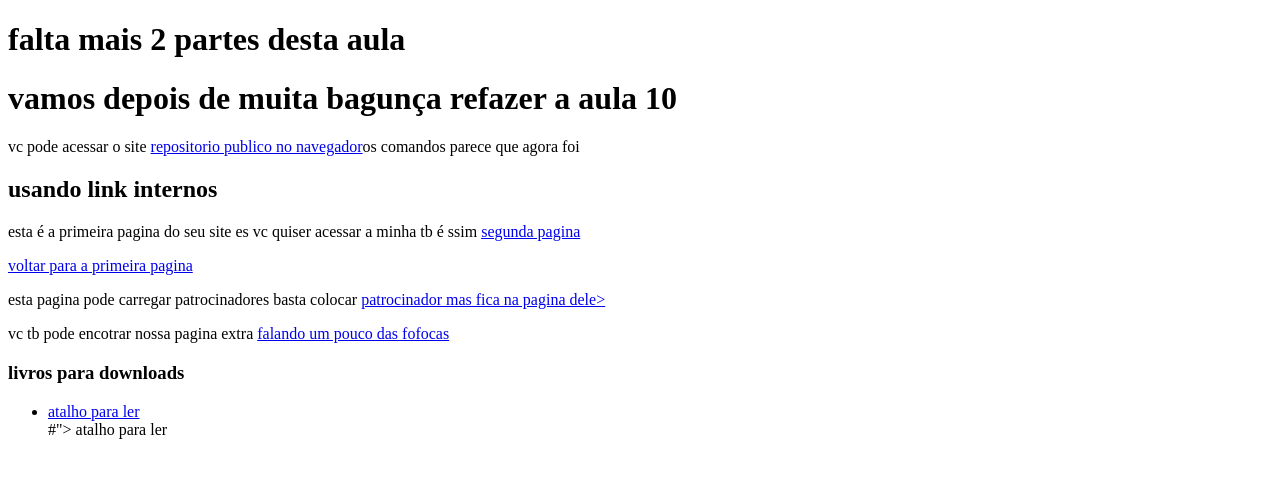
Repository: DorivalJunior14/exercicios
Page: aula10.html/pagoo2.html
An editor plug-in stored every save of this project. The page is shown before and after the next save, followed by the edit.
The browser window is 1280 px wide. The pictures show the whole page.

Above is the page before, as saved 2020-12-08 11:35:34.

### aula10.html/pagoo2.html
<!DOCTYPE html>
<html lang="pt-br">
  <head>
    <meta charset="utf-8">
    <title>pag002.html</title>
  </head>
  <body>
    <h1>falta mais 2 partes desta aula</h1><!--que vai ser continuada aqui-->
  <h1>vamos depois de muita bagunça refazer a aula 10</h1>
    <p>vc pode acessar o site <a href="https://www.facebook.com/junior.muccillo" target="_blank"rel="external">repositorio publico no navegador</a>os comandos parece que agora foi</p>
    <h2>usando link internos</h2>
  <p> esta é a primeira pagina do seu site es vc quiser acessar a minha tb é ssim <a href="pagoo2.html"rel="next">segunda pagina</a> </p>
  <p><a href="index.html" rel="prev">voltar para a primeira pagina</a></p>
  <p>esta pagina pode carregar patrocinadores basta colocar
    <a href="#"target="_blank"rel="nofollow">patrocinador mas fica na pagina dele></a>
  </p><!-- o patrocinador não fica vinculado ou direto na pagina dele, vc pode desconsiderar-->
  <p>vc tb pode encotrar nossa pagina extra <a href="noticias/pag003.html">falando um pouco das fofocas </a></p>
  <h3>livros para downloads</h3>
  <ul>
    <li><a href="meulivro/empdf>">atalho para ler</a>
  </li>#"> atalho para ler</a></li>

</ul>
  </body>
</html>

After the next save:
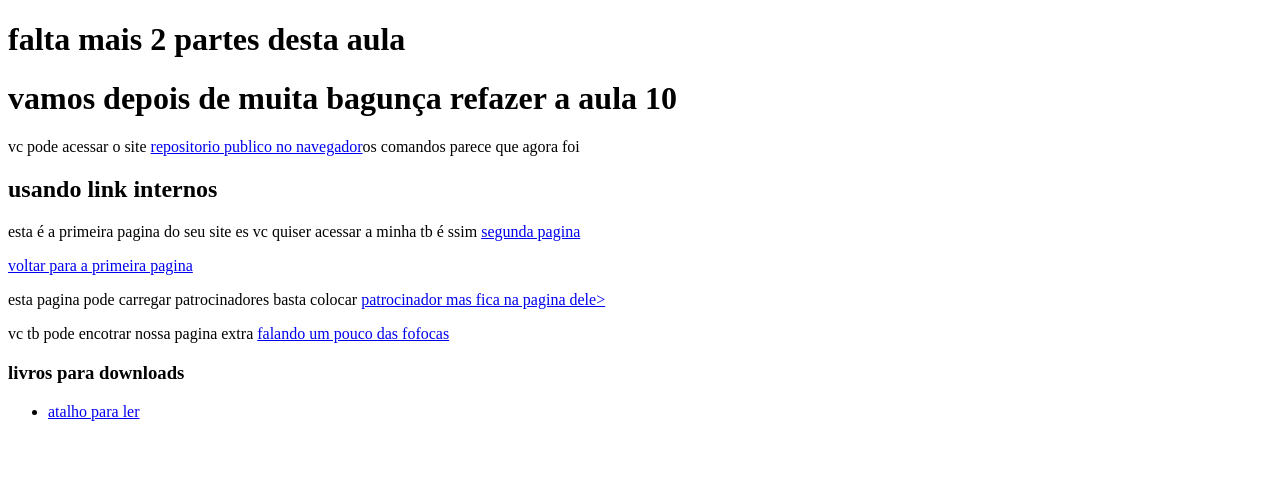
Saved 25 s later.
--- a/aula10.html/pagoo2.html
+++ b/aula10.html/pagoo2.html
@@ -18,7 +18,7 @@
   <h3>livros para downloads</h3>
   <ul>
     <li><a href="meulivro/empdf>">atalho para ler</a>
-  </li>#"> atalho para ler</a></li>
+  </li>
 
 </ul>
   </body>
